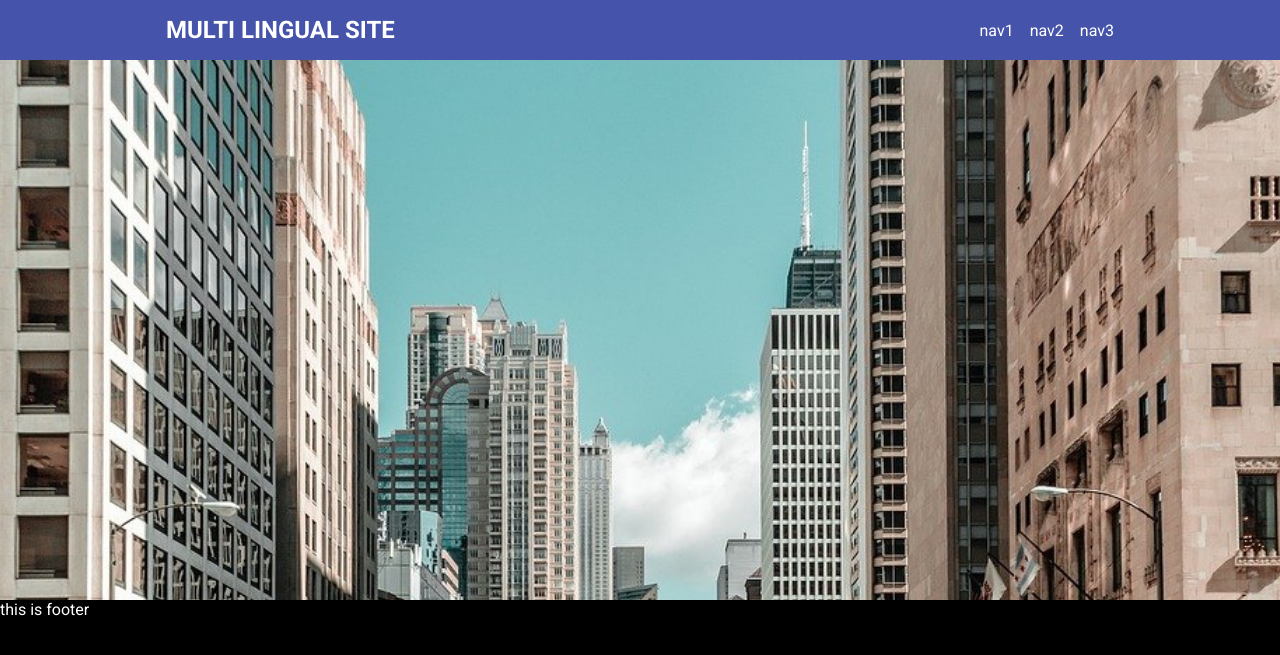
Repository: ksbsh27/multi_lingual
Page: index.html
The author's editor kept a copy of each file at every save. The page is drawn from the files as they stood at one save, then again after the next save.
The browser window is 1280 px wide. The pictures show the whole page.
The style sheet was rebuilt from its Sass, Less or Tailwind sources for each picture, by a compiler version that may differ from the author's.

Above is the page before, as saved 2022-03-31 22:52:43.

After the next save:
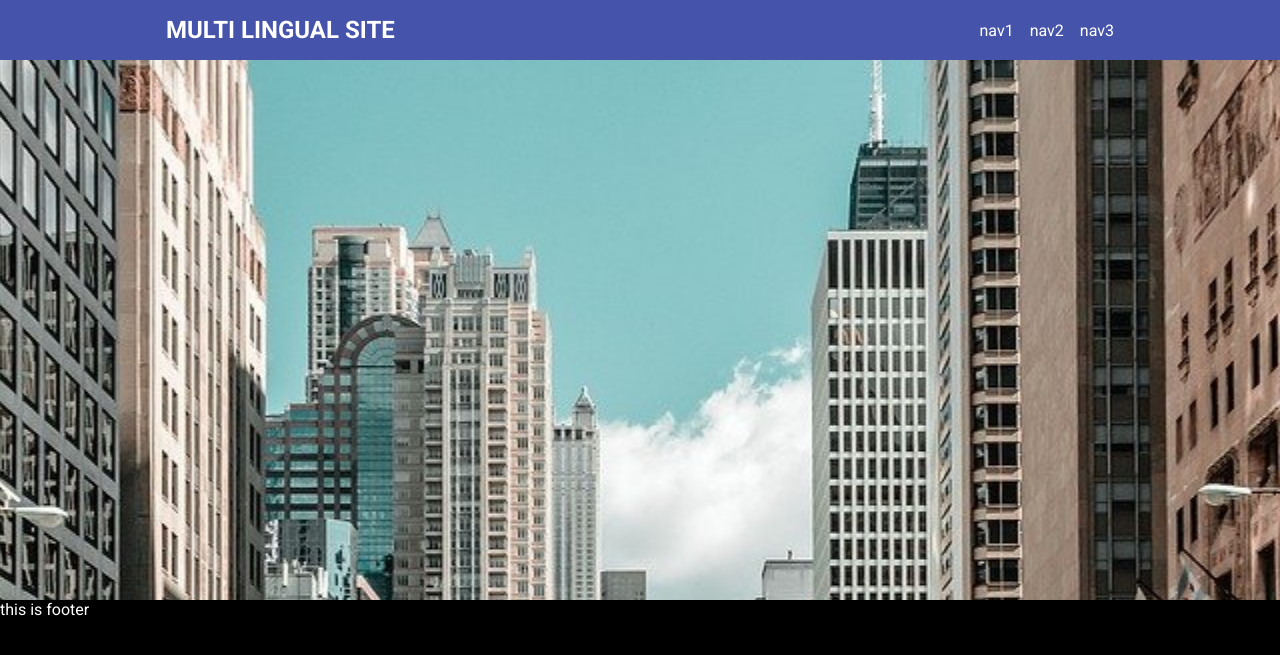
Saved 21 s later.
--- a/sass/style.scss
+++ b/sass/style.scss
@@ -31,7 +31,7 @@
       left: 0;
       opacity: 0;
       transition: .8s;
-      transform: scale(1.4);
+      transform: scale(2);
       &.show{
         opacity: 1;
       }
